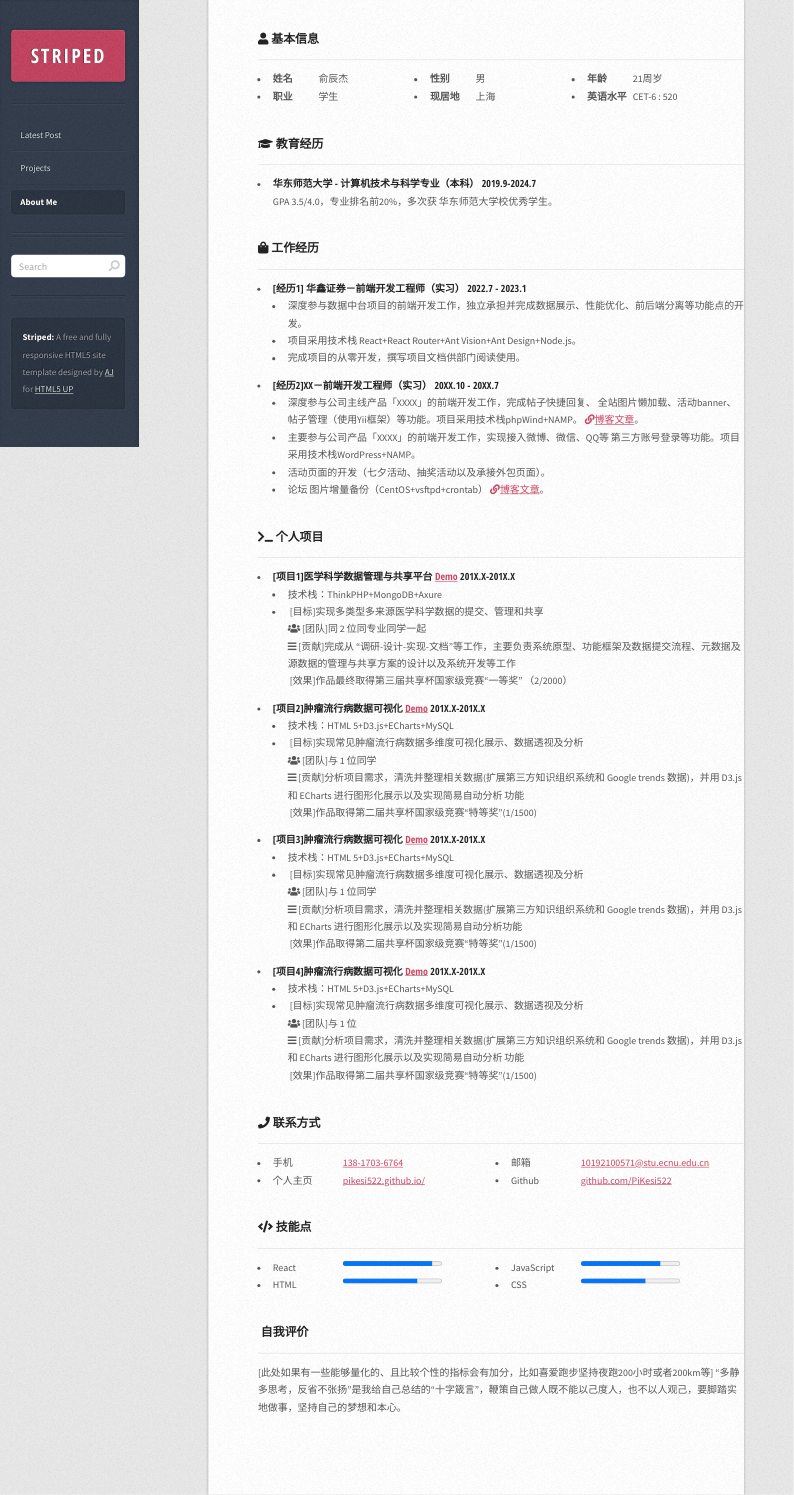
Repository: PiKesi522/PiKesi522.github.io
Page: about.html
These files come from the project's save history. The page is drawn as it stood at one moment and after the next save; the edit follows.
The browser window is 1280 px wide. The pictures show the whole page, at 62% of full size.

Above is the page before, as saved 2023-04-10 18:58:41.

### about.html
<!DOCTYPE HTML>
<!--
	Striped by HTML5 UP
	html5up.net | @ajlkn
	Free for personal and commercial use under the CCA 3.0 license (html5up.net/license)
-->
<html>

<head>
    <title>Striped by HTML5 UP</title>
    <meta charset="utf-8" />
    <meta name="viewport" content="width=device-width, initial-scale=1, user-scalable=no" />
    <link rel="stylesheet" href="assets/css/main.css" />
</head>

<body class="is-preload">

    <!-- Content -->
    <div id="content">
        <div class="inner">

            <article class="container">
                <section class="side" id="side">
                    <!-- 个人肖像 -->
                    <!-- <section class="me"> -->

                    <!-- <h6 class="name" style="font-size: 30px;">PiKesi</h6> -->
                    <!-- <section class="portrait"> -->
                    <!-- 头像照片 -->
                    <!-- <img class="avatar" src="assets/images/avatar.jpg" style="padding-top: 1vh; width: 300px;" onload="loading()"> -->
                    <!-- </section> -->

                    <!-- </section> -->

                    <!-- 基本信息 -->
                    <section class="profile info-unit">
                        <h2>
                            <i class="fa fa-user" aria-hidden="true"></i> 基本信息
                        </h2>
                        <hr />
                        <ul style="display: grid;grid-template-columns:repeat(3, 33%);">
                            <li>
                                <div>
                                    <label style="font-weight: 600;">姓名</label>
                                    <span>俞辰杰</span>
                                </div>
                            </li>
                            <li>
                                <div>
                                    <label style="font-weight: 600;">性别</label>
                                    <span>男</span>
                                </div>
                            </li>
                            <li>
                                <div>
                                    <label style="font-weight: 600;">年龄</label>
                                    <span>21周岁</span>
                                </div>
                            </li>
                            <li>
                                <div>
                                    <label style="font-weight: 600;">职业</label>
                                    <span>学生</span>
                                </div>
                            </li>
                            <li>
                                <div>
                                    <label style="font-weight: 600;">现居地</label>
                                    <span>上海</span>
                                </div>
                            </li>
                            <li>
                                <div>
                                    <label style="font-weight: 600;">英语水平</label>
                                    <span>CET-6 : 520</span>
                                </div>
                            </li>
                            <!-- <li>
                                        <label>计算机水平</label>
                                        <span>软考中级</span>
                                    </li> -->
                        </ul>
                    </section>


                    <!--
                    <section class="qrcode info-unit">
                        <h2><i class="fa fa-qrcode" aria-hidden="true"></i>二维码</h2>
                        <hr />
                        <img src="https://github.com/if2er/FeZaoDuKe-Collection/blob/master/ifeees.jpg?raw=true"
                            style="width: 100%;" alt="">
                    </section> -->

                    <!-- 技术栈 -->
                    <!-- <div class="stack info-unit">
                                    <h2><i class="fa fa-code" aria-hidden="true"></i>其他</h2>
                                    <hr/>
                                    <ul>
                                        <li>
                                            <label>前端</label>
                                            <span>React、jQuery、微信小程序、Bootstrap、SASS、LESS</span>
                                        </li>
                                        <li>
                                            <label>后端</label>
                                            <span>Node.js、MySQL、MongoDB、WordPress、ThinkPHP</span>
                                        </li>
                                        <li>
                                            <label>其他</label>
                                            <span>Git、SVN、Markdown</span>
                                        </li>
                                    </ul>
                                </div> -->
                </section>

                <section class="main">

                    <!-- 教育经历 -->
                    <section class="edu info-unit">
                        <h2>
                            <i class="fa fa-graduation-cap" aria-hidden="true"></i> 教育经历
                        </h2>
                        <hr />
                        <ul>
                            <!-- <li>
                                <h3>
                                    <span>华东师范大学 - 计算机技术与科学专业</span>
                                    <time>2019.9-2024.7</time>
                                </h3>
                                <p>GPA
                                    <mark>3.5/4.0</mark>，期间发表国际会议英文摘要X篇，国内核心期刊文章X篇（其中第一作者X篇），获XXX，XXX2次，XXX2次。(此处根据自身情况填写，可以突出自己的亮点，或者跟求职目标相关的内容)
                                </p>
                            </li> -->
                            <li>
                                <h3>
                                    <span>华东师范大学 - 计算机技术与科学专业（本科）</span>
                                    <time>2019.9-2024.7</time>
                                </h3>
                                <p>GPA
                                    <mark>3.5/4.0</mark>，专业排名前20%，多次获 华东师范大学校优秀学生。
                                </p>
                            </li>
                        </ul>
                    </section>

                    <!-- 工作经历 -->
                    <section class="work info-unit">
                        <h2>
                            <i class="fa fa-shopping-bag" aria-hidden="true"></i> 工作经历
                        </h2>
                        <hr />
                        <ul>
                            <li>
                                <h3>
                                    <span>[经历1] 华鑫证券－前端开发工程师（实习）</span>
                                    <time>2022.7 - 2023.1</time>
                                </h3>
                                <ul class="info-content">
                                    <li>深度参与数据中台项目的前端开发工作，独立承担并完成数据展示、性能优化、前后端分离等功能点的开发。
                                    </li>
                                    <li>
                                        项目采用技术栈
                                        <mark>React+React Router+Ant Vision+Ant Design+Node.js</mark>。
                                    </li>
                                    <li>完成项目的从零开发，撰写项目文档供部门阅读使用。
                                    </li>
                                </ul>
                            </li>
                            <li>
                                <h3>
                                    <span>[经历2]XX－前端开发工程师（实习）</span>
                                    <time>20XX.10 - 20XX.7</time>
                                </h3>
                                <ul class="info-content">
                                    <li>深度参与公司主线产品「XXXX」的前端开发工作，完成帖子快捷回复、
                                        <mark>全站图片懒加载</mark>、活动banner、帖子管理（使用Yii框架）等功能。项目采用技术栈phpWind+NAMP。
                                        <a href="http://itsay.tech/162/" target="_blank">
                                            <i class="fa fa-link" aria-hidden="true"></i>博客文章</a>。
                                    </li>
                                    <li>主要参与公司产品「XXXX」的前端开发工作，实现接入微博、微信、QQ等
                                        <mark>第三方账号登录</mark>等功能。项目采用技术栈WordPress+NAMP。
                                    </li>
                                    <li>活动页面的开发（七夕活动、抽奖活动以及承接外包页面）。</li>
                                    <li>论坛
                                        <mark>图片增量备份</mark>（CentOS+vsftpd+crontab）
                                        <a href="#" target="_blank">
                                            <i class="fa fa-link" aria-hidden="true"></i>博客文章</a>。
                                    </li>
                                </ul>
                            </li>
                        </ul>
                    </section>

                    <!-- 项目经验 -->
                    <section class="project info-unit">
                        <h2>
                            <i class="fa fa-terminal" aria-hidden="true"></i> 个人项目
                        </h2>
                        <hr />
                        <ul>
                            <li>
                                <h3>
                                    <span>[项目1]医学科学数据管理与共享平台</span>
                                    <span class="link">
                                        <a href="#" target="_blank">Demo</a>
                                    </span>
                                    <time>201X.X-201X.X</time>
                                </h3>
                                <ul class="info-content">
                                    <li>技术栈：ThinkPHP+MongoDB+Axure</li>
                                    <li>
                                        <i class="fa fa-paper-plane-o" aria-hidden="true"></i>
                                        [目标]实现多类型多来源医学科学数据的提交、管理和共享
                                        <br />
                                        <i class="fa fa-users" aria-hidden="true"></i>
                                        [团队]同 2 位同专业同学一起
                                        <br />
                                        <i class="fa fa-bars" aria-hidden="true"></i>
                                        [贡献]完成从
                                        <mark>“调研-设计-实现-文档”</mark>等工作，主要负责系统原型、功能框架及数据提交流程、元数据及源数据的管理与共享方案的设计以及系统开发等工作
                                        <br />
                                        <i class="fa fa-thumbs-o-up" aria-hidden="true"></i>
                                        [效果]作品最终取得第三届共享杯国家级竞赛“一等奖” （2/2000）
                                    </li>
                                </ul>
                            </li>
                            <li>
                                <h3>
                                    <span>[项目2]肿瘤流行病数据可视化</span>
                                    <span class="link">
                                        <a href="#" target="_blank">Demo</a>
                                    </span>
                                    <time>201X.X-201X.X</time>
                                </h3>
                                <ul class="info-content">
                                    <li>技术栈：HTML 5+D3.js+ECharts+MySQL</li>
                                    <li>
                                        <i class="fa fa-paper-plane-o" aria-hidden="true"></i>
                                        [目标]实现常见肿瘤流行病数据多维度可视化展示、数据透视及分析
                                        <br />
                                        <i class="fa fa-users" aria-hidden="true"></i>
                                        [团队]与 1 位同学
                                        <br />
                                        <i class="fa fa-bars" aria-hidden="true"></i>
                                        [贡献]分析项目需求，清洗并整理相关数据(扩展第三方知识组织系统和 Google trends 数据)，并用
                                        <mark>D3.js</mark> 和
                                        <mark>ECharts</mark> 进行图形化展示以及实现简易自动分析 功能
                                        <br />
                                        <i class="fa fa-thumbs-o-up" aria-hidden="true"></i>
                                        [效果]作品取得第二届共享杯国家级竞赛“特等奖”(1/1500)
                                    </li>
                                </ul>
                            </li>
                            <li>
                                <h3>
                                    <span>[项目3]肿瘤流行病数据可视化</span>
                                    <span class="link">
                                        <a href="#" target="_blank">Demo</a>
                                    </span>
                                    <time>201X.X-201X.X</time>
                                </h3>
                                <ul class="info-content">
                                    <li>技术栈：HTML 5+D3.js+ECharts+MySQL</li>
                                    <li>
                                        <i class="fa fa-paper-plane-o" aria-hidden="true"></i>
                                        [目标]实现常见肿瘤流行病数据多维度可视化展示、数据透视及分析
                                        <br />
                                        <i class="fa fa-users" aria-hidden="true"></i>
                                        [团队]与 1 位同学
                                        <br />
                                        <i class="fa fa-bars" aria-hidden="true"></i>
                                        [贡献]分析项目需求，清洗并整理相关数据(扩展第三方知识组织系统和 Google trends 数据)，并用
                                        <mark>D3.js</mark> 和
                                        <mark>ECharts</mark> 进行图形化展示以及实现简易自动分析功能
                                        <br />
                                        <i class="fa fa-thumbs-o-up" aria-hidden="true"></i>
                                        [效果]作品取得第二届共享杯国家级竞赛“特等奖”(1/1500)
                                    </li>
                                </ul>
                            </li>
                            <li>
                                <h3>
                                    <span>[项目4]肿瘤流行病数据可视化</span>
                                    <span class="link">
                                        <a href="#" target="_blank">Demo</a>
                                    </span>
                                    <time>201X.X-201X.X</time>
                                </h3>
                                <ul class="info-content">
                                    <li>技术栈：HTML 5+D3.js+ECharts+MySQL</li>
                                    <li>
                                        <i class="fa fa-paper-plane-o" aria-hidden="true"></i>
                                        [目标]实现常见肿瘤流行病数据多维度可视化展示、数据透视及分析
                                        <br />
                                        <i class="fa fa-users" aria-hidden="true"></i>
                                        [团队]与 1 位
                                        <br />
                                        <i class="fa fa-bars" aria-hidden="true"></i>
                                        [贡献]分析项目需求，清洗并整理相关数据(扩展第三方知识组织系统和 Google trends 数据)，并用
                                        <mark>D3.js</mark> 和
                                        <mark>ECharts</mark> 进行图形化展示以及实现简易自动分析 功能
                                        <br />
                                        <i class="fa fa-thumbs-o-up" aria-hidden="true"></i>
                                        [效果]作品取得第二届共享杯国家级竞赛“特等奖”(1/1500)
                                    </li>
                                </ul>
                            </li>

                        </ul>
                    </section>

                    <!-- 联系方式 -->
                    <section class="contact info-unit">
                        <h2>
                            <i class="fa fa-phone" aria-hidden="true"></i> 联系方式
                        </h2>
                        <hr />
                        <ul style="display: grid; grid-template-columns:repeat(2, 50%);">
                            <li>
                                <div>
                                    <label>手机</label>
                                    <a href="#" target="_blank">138-1703-6764</a>
                                </div>
                            </li>
                            <li>
                                <div>
                                    <label>邮箱</label>
                                    <a href="mailto:10192100571@stu.ecnu.edu.cn"
                                        target="_blank">10192100571@stu.ecnu.edu.cn</a>
                                </div>
                            </li>
                            <li>
                                <div>
                                    <label>个人主页</label>
                                    <a href="https://pikesi522.github.io/" target="_blank">pikesi522.github.io/</a>
                                </div>
                            </li>
                            <li>
                                <div>
                                    <label>Github</label>
                                    <a href="https://github.com/PiKesi522" target="_blank">github.com/PiKesi522</a>
                                </div>
                            </li>
                        </ul>
                    </section>

                    <!-- 技能点 -->
                    <section class="skill info-unit">
                        <h2>
                            <i class="fa fa-code" aria-hidden="true"></i> 技能点
                        </h2>
                        <hr />
                        <ul style="display: grid; grid-template-columns:repeat(2, 50%);">
                            <li>
                                <div style="display: grid; grid-template-columns: 30% 70%;">
                                    <label>React</label>
                                    <div>
                                        <progress value="90" max="100"></progress>
                                    </div>
                                </div>
                            </li>
                            <li>
                                <div style="display: grid; grid-template-columns: 30% 70%;">
                                    <label>JavaScript</label>
                                    <div>
                                        <progress value="80" max="100"></progress>
                                    </div>
                                </div>
                            </li>
                            <li>
                                <div style="display: grid; grid-template-columns: 30% 70%;">
                                    <label>HTML</label>
                                    <div>
                                        <progress value="75" max="100"></progress>
                                    </div>
                                </div>
                            </li>
                            <li>
                                <div style="display: grid; grid-template-columns: 30% 70%;">
                                    <label>CSS</label>
                                    <div>
                                        <progress value="65" max="100"></progress>
                                    </div>
                                </div>
                            </li>
                        </ul>
                    </section>

                    <!-- 自我评价 -->
                    <section class="work info-unit">
                        <h2>
                            <i class="fa fa-pencil" aria-hidden="true"></i> 自我评价
                        </h2>
                        <hr />
                        <p>[此处如果有一些能够量化的、且比较个性的指标会有加分，比如喜爱跑步坚持夜跑200小时或者200km等]
                            <span
                                class="mark-txt">“多静多思考，反省不张扬”</span>是我给自己总结的“十字箴言”，鞭策自己做人既不能以己度人，也不以人观己，要脚踏实地做事，坚持自己的梦想和本心。
                        </p>
                    </section>
                </section>
            </article>

        </div>
    </div>

    <!-- Sidebar -->
    <div id="sidebar">

        <!-- Logo -->
        <h1 id="logo"><a href="#">STRIPED</a></h1>

        <!-- Nav -->
        <nav id="nav">
            <ul>
                <li><a href="index.html">Latest Post</a></li>
                <li><a href="projects.html">Projects</a></li>
                <li class="current"><a href="about.html">About Me</a></li>
                <!-- <li><a href="#">Contact Me</a></li> -->
            </ul>
        </nav>

        <!-- Search -->
        <section class="box search">
            <form method="post" action="#">
                <input type="text" class="text" name="search" placeholder="Search" />
            </form>
        </section>

        <!-- Text -->
        <section class="box text-style1">
            <div class="inner">
                <p>
                    <strong>Striped:</strong> A free and fully responsive HTML5 site
                    template designed by <a href="http://twitter.com/ajlkn">AJ</a> for <a
                        href="http://html5up.net/">HTML5 UP</a>
                </p>
            </div>
        </section>
    </div>

    <!-- Scripts -->
    <script src="assets/js/jquery.min.js"></script>
    <script src="assets/js/browser.min.js"></script>
    <script src="assets/js/breakpoints.min.js"></script>
    <script src="assets/js/util.js"></script>
    <script src="assets/js/main.js"></script>

</body>

</html>

Loaded but not shown: assets/js/jquery.min.js (library); assets/js/browser.min.js (common file); assets/js/breakpoints.min.js (common file); assets/css/fontawesome-all.min.css (library); assets/js/util.js (587 lines, source omitted); assets/css/main.css (3019 lines, source omitted); public/assets/js/main.js (no copy from this time; the picture is the same without it)

After the next save:
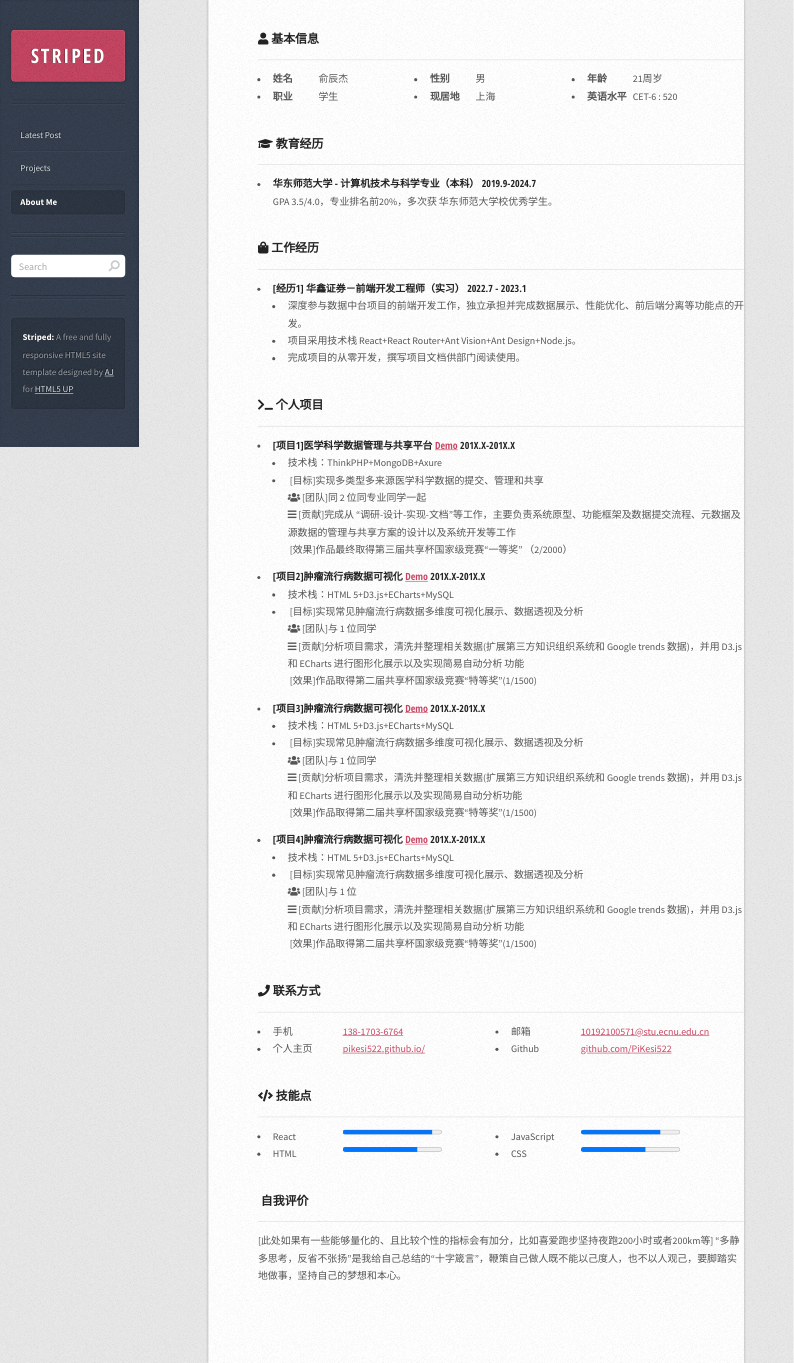
Saved 7 s later.
--- a/about.html
+++ b/about.html
@@ -165,7 +165,7 @@
                                     </li>
                                 </ul>
                             </li>
-                            <li>
+                            <!-- <li>
                                 <h3>
                                     <span>[经历2]XX－前端开发工程师（实习）</span>
                                     <time>20XX.10 - 20XX.7</time>
@@ -186,7 +186,7 @@
                                             <i class="fa fa-link" aria-hidden="true"></i>博客文章</a>。
                                     </li>
                                 </ul>
-                            </li>
+                            </li> -->
                         </ul>
                     </section>
 
